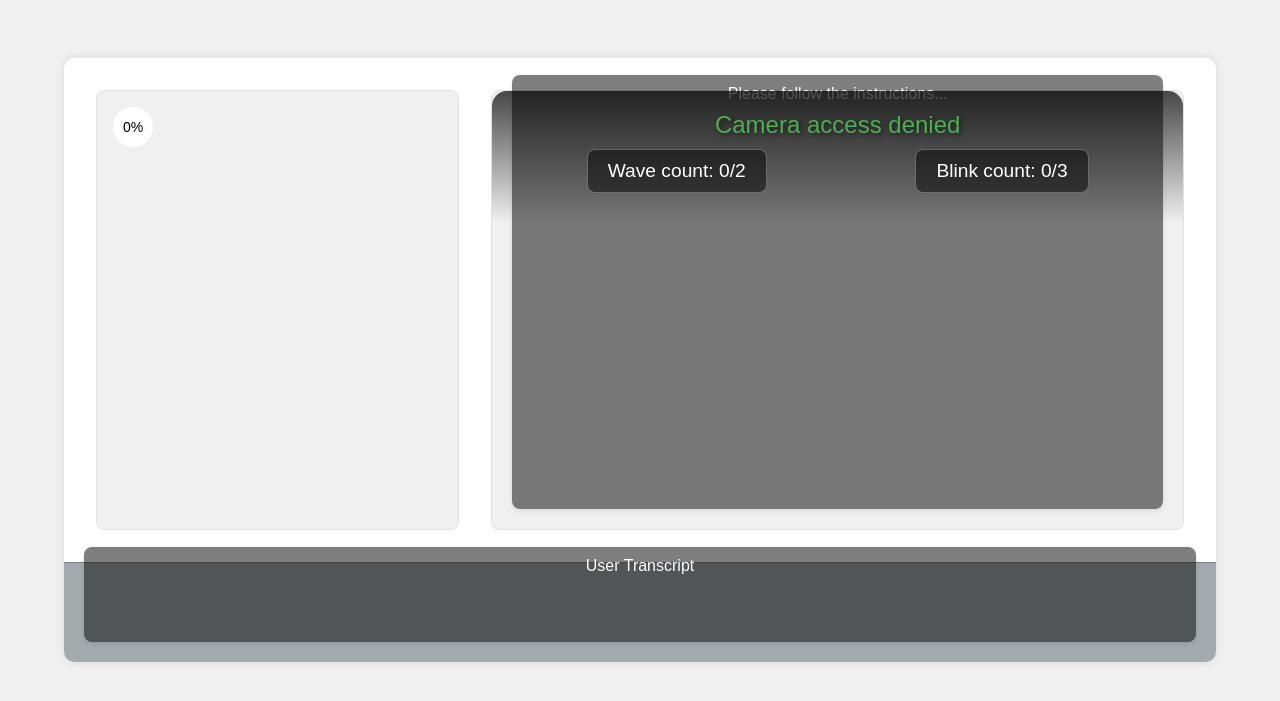
Repository: Ayaanns/E-kyc-BE-project
Page: http://localhost/
An editor plug-in stored every save of this project. The page is shown before and after the next save, followed by the edit.
The browser window is 1280 px wide. The pictures show the whole page.
The page is served by the project's application, run on Django 4.2 (manage.py). A made-up administrator, testuser (Test User, test@example.com), is signed in.

Above is the page before, as saved 2025-03-02 02:12:01.

After the next save:
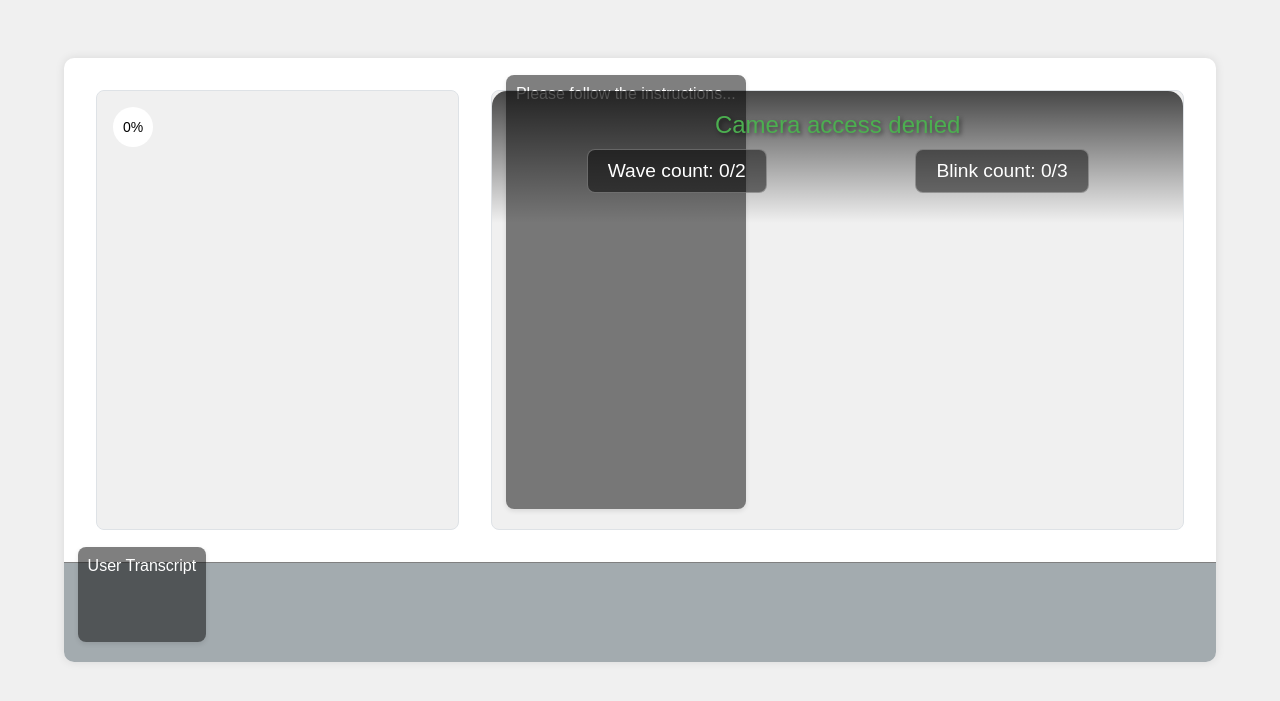
Saved 18 s later.
--- a/templates/home.html
+++ b/templates/home.html
@@ -56,10 +56,10 @@
         }
 
         .questions {
-            /* position: absolute; */
+            position: absolute;
             bottom: 20px;
-            left: 0;
-            right: 0;
+            /* left: 0;
+            right: 0; */
             text-align: center;
             color: white;
             background: rgba(0,0,0,0.5);
